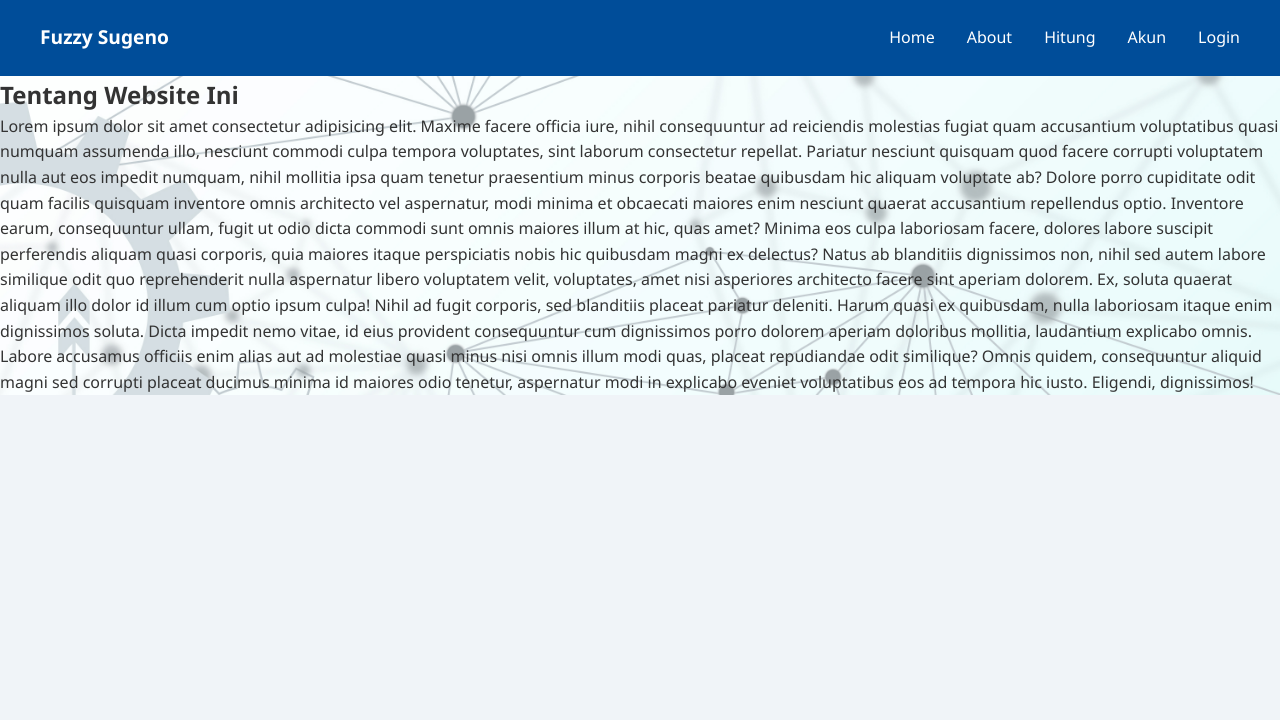
Repository: Senicccc/Defuzzy-Sugeno
Page: http://localhost/
These files come from the project's save history. The page is drawn as it stood at one moment and after the next save; the edit follows.
The browser window is 1280 px wide. The pictures show the whole page.
The page is run by PHP 8.4 with error messages shown; the project is at /var/www/html/.

Above is the page before, as saved 2025-06-09 11:15:37.

### index.php
<!DOCTYPE html>
<html lang="id">

<head>
    <meta charset="UTF-8" />
    <meta name="viewport" content="width=device-width, initial-scale=1.0" />
    <title>Fuzzy Sugeno - Home</title>
    <link rel="icon" href="img/favicon.png" type="image/png">
    <link rel="stylesheet" href="css/index.css">
</head>

<body>

    <?php
    require_once 'php/header-index.php';
    ?>

    <section class="about" style="background: url('img/menu-bg.jpg') center center/cover no-repeat;">
        <h1>Tentang Website Ini</h1>
        <p>Lorem ipsum dolor sit amet consectetur adipisicing elit. Maxime facere officia iure, nihil consequuntur ad
            reiciendis molestias fugiat quam accusantium voluptatibus quasi numquam assumenda illo, nesciunt commodi
            culpa tempora voluptates, sint laborum consectetur repellat. Pariatur nesciunt quisquam quod facere corrupti
            voluptatem nulla aut eos impedit numquam, nihil mollitia ipsa quam tenetur praesentium minus corporis beatae
            quibusdam hic aliquam voluptate ab? Dolore porro cupiditate odit quam facilis quisquam inventore omnis
            architecto vel aspernatur, modi minima et obcaecati maiores enim nesciunt quaerat accusantium repellendus
            optio. Inventore earum, consequuntur ullam, fugit ut odio dicta commodi sunt omnis maiores illum at hic,
            quas amet? Minima eos culpa laboriosam facere, dolores labore suscipit perferendis aliquam quasi corporis,
            quia maiores itaque perspiciatis nobis hic quibusdam magni ex delectus? Natus ab blanditiis dignissimos non,
            nihil sed autem labore similique odit quo reprehenderit nulla aspernatur libero voluptatem velit,
            voluptates, amet nisi asperiores architecto facere sint aperiam dolorem. Ex, soluta quaerat aliquam illo
            dolor id illum cum optio ipsum culpa! Nihil ad fugit corporis, sed blanditiis placeat pariatur deleniti.
            Harum quasi ex quibusdam, nulla laboriosam itaque enim dignissimos soluta. Dicta impedit nemo vitae, id eius
            provident consequuntur cum dignissimos porro dolorem aperiam doloribus mollitia, laudantium explicabo omnis.
            Labore accusamus officiis enim alias aut ad molestiae quasi minus nisi omnis illum modi quas, placeat
            repudiandae odit similique? Omnis quidem, consequuntur aliquid magni sed corrupti placeat ducimus minima id
            maiores odio tenetur, aspernatur modi in explicabo eveniet voluptatibus eos ad tempora hic iusto. Eligendi,
            dignissimos!</p>
    </section>

</body>

</html>

### php/header-index.php
<!DOCTYPE html>
<html lang="id">

<head>
    <meta charset="UTF-8" />
    <meta name="viewport" content="width=device-width, initial-scale=1.0" />
    <title>Fuzzy Sugeno - Produksi</title>
    <link rel="stylesheet" href="https://cdnjs.cloudflare.com/ajax/libs/font-awesome/6.0.0/css/all.min.css">

    <style>
    * {
        margin: 0;
        padding: 0;
        box-sizing: border-box;
        font-family: 'Segoe UI', Tahoma, Geneva, Verdana, sans-serif;
    }

    body {
        background: #f0f4f8;
        color: #333;
    }

    nav {
        background-color: #004d99;
        position: sticky;
        top: 0;
        z-index: 1000;
        padding: 1.4rem 2.4rem;
    }

    .nav-container {
        display: flex;
        justify-content: space-between;
        align-items: center;
        max-width: 1200px;
        margin: 0 auto;
        flex-wrap: wrap;
    }

    .logo {
        color: white;
        font-weight: 800;
        font-size: larger;
    }

    .nav-links {
        display: flex;
        gap: 2rem;
    }

    .nav-links a {
        text-decoration: none;
        color: white;
        font-weight: 500;
        font-size: 1rem;
        transition: color 0.3s;
    }

    .nav-links a:hover {
        color: #ffcc00;
    }

    .burger {
        display: none;
        font-size: 1.5rem;
        color: white;
        cursor: pointer;
        padding: 0.5rem;
    }

    @media (max-width: 768px) {
        .nav-links {
            display: none;
            flex-direction: column;
            background-color: #004d99;
            width: 100%;
            text-align: center;
            margin-top: 1rem;
            padding-bottom: 1rem;
            gap: 1rem;
            order: 1;
        }

        .nav-links.active {
            display: flex;
        }

        .burger {
            display: block;
            margin-left: auto;
            /* Memposisikan burger di kanan */
        }

        nav {
            padding: 0.75rem 1.5rem;
        }
    }
    </style>
</head>

<body>

    <nav>
        <div class="nav-container">
            <div class="logo">Fuzzy Sugeno</div>
            <div class="burger" id="burger"><i class="fas fa-bars"></i></div>
            <div class="nav-links" id="navLinks">
                <a href="index.php">Home</a>
                <a href="index.php#about-section">About</a>
                <a href="php/form.php">Hitung</a>
                <a href="php/account.php">Akun</a>
                <?php if (isset($_SESSION['user_id'])): ?>
                <a href="php/logout.php">Logout</a>
                <?php else: ?>
                <a href="php/login.php">Login</a>
                <?php endif; ?>
            </div>
        </div>
    </nav>

    <script>
    const burger = document.getElementById('burger');
    const navLinks = document.getElementById('navLinks');

    burger.addEventListener('click', () => {
        navLinks.classList.toggle('active');
    });
    </script>

</body>

</html>

### css/index.css
* {
    margin: 0;
    padding: 0;
    box-sizing: border-box;
    font-family: 'Segoe UI', Tahoma, Geneva, Verdana, sans-serif;
}

body {
    background: linear-gradient(135deg, #f0f4f8 0%, #dfe7ee 100%);
    color: #333;
    min-height: 100vh;
    line-height: 1.6;
}

/* Hero Section */
.hero {
    display: flex;
    flex-direction: column;
    justify-content: center;
    align-items: center;
    text-align: center;
    min-height: calc(100vh - 80px);
    padding: 2rem;
    background-image:
        radial-gradient(circle at 10% 20%, rgba(0, 77, 153, 0.05) 0%, transparent 20%),
        radial-gradient(circle at 90% 80%, rgba(0, 77, 153, 0.05) 0%, transparent 20%);
}

.hero h1 {
    font-size: 2.5rem;
    font-weight: 1000;
    color: #003e7b;
    margin-bottom: 2rem;
    max-width: 800px;
    line-height: 1.3;
    text-shadow: 1px 1px 2px rgba(0,0,0,0.);
}

.start-button {
    display: inline-block;
    background-color: #004d99;
    color: white;
    padding: 1rem 2.5rem;
    border-radius: 50px;
    text-decoration: none;
    font-weight: 600;
    font-size: 1.2rem;
    transition: all 0.3s ease;
    box-shadow: 0 4px 15px rgba(0, 77, 153, 0.2);
    border: 2px solid #004d99;
    margin-top: 1rem;
}

.start-button:hover {
    background-color: #ffcc00;
    color: #004d99;
    transform: translateY(-3px);
    box-shadow: 0 6px 20px rgba(0, 77, 153, 0.3);
}

.start-button:active {
    transform: translateY(1px);
}

/* Responsive Design */
@media (max-width: 768px) {
    .hero {
        padding: 1.5rem;
        min-height: calc(100vh - 60px);
    }

    .hero h1 {
        font-size: 1.8rem;
        margin-bottom: 1.5rem;
    }

    .start-button {
        padding: 0.8rem 2rem;
        font-size: 1rem;
    }
}

@media (max-width: 480px) {
    .hero h1 {
        font-size: 1.5rem;
    }

    .start-button {
        padding: 0.7rem 1.8rem;
    }
}

/* Animasi */
@keyframes fadeIn {
    from { opacity: 0; transform: translateY(20px); }
    to { opacity: 1; transform: translateY(0); }
}

.hero {
    animation: fadeIn 0.8s ease-out forwards;
}

.start-button {
    animation: fadeIn 1s ease-out 0.3s both;
}


/* Responsive */
@media (max-width: 768px) {
    .about-content {
        padding: 1.5rem 1rem;
    }
    .about-content h1 {
        font-size: 1.3rem;
    }
}

After the next save:
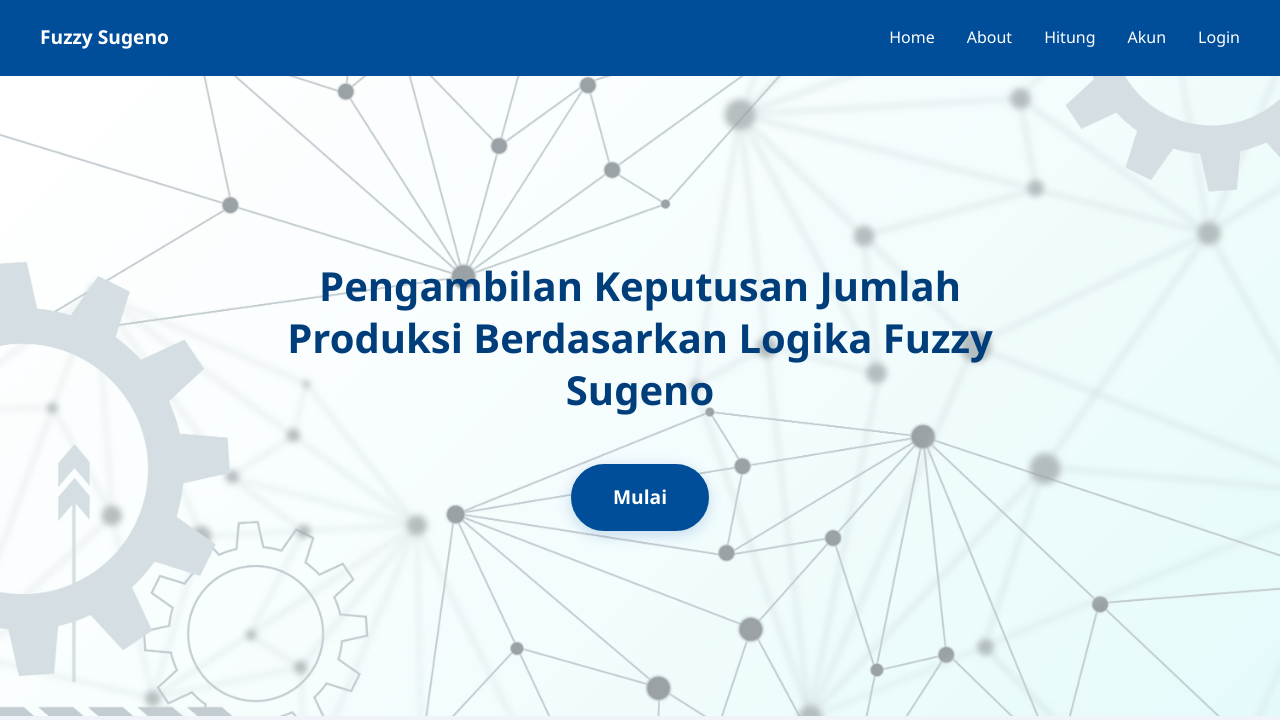
Saved 102 s later.
--- a/index.php
+++ b/index.php
@@ -4,7 +4,7 @@
 <head>
     <meta charset="UTF-8" />
     <meta name="viewport" content="width=device-width, initial-scale=1.0" />
-    <title>Fuzzy Sugeno - Home</title>
+    <title>Fuzzy Sugeno - Produksi</title>
     <link rel="icon" href="img/favicon.png" type="image/png">
     <link rel="stylesheet" href="css/index.css">
 </head>
@@ -15,26 +15,9 @@
     require_once 'php/header-index.php';
     ?>
 
-    <section class="about" style="background: url('img/menu-bg.jpg') center center/cover no-repeat;">
-        <h1>Tentang Website Ini</h1>
-        <p>Lorem ipsum dolor sit amet consectetur adipisicing elit. Maxime facere officia iure, nihil consequuntur ad
-            reiciendis molestias fugiat quam accusantium voluptatibus quasi numquam assumenda illo, nesciunt commodi
-            culpa tempora voluptates, sint laborum consectetur repellat. Pariatur nesciunt quisquam quod facere corrupti
-            voluptatem nulla aut eos impedit numquam, nihil mollitia ipsa quam tenetur praesentium minus corporis beatae
-            quibusdam hic aliquam voluptate ab? Dolore porro cupiditate odit quam facilis quisquam inventore omnis
-            architecto vel aspernatur, modi minima et obcaecati maiores enim nesciunt quaerat accusantium repellendus
-            optio. Inventore earum, consequuntur ullam, fugit ut odio dicta commodi sunt omnis maiores illum at hic,
-            quas amet? Minima eos culpa laboriosam facere, dolores labore suscipit perferendis aliquam quasi corporis,
-            quia maiores itaque perspiciatis nobis hic quibusdam magni ex delectus? Natus ab blanditiis dignissimos non,
-            nihil sed autem labore similique odit quo reprehenderit nulla aspernatur libero voluptatem velit,
-            voluptates, amet nisi asperiores architecto facere sint aperiam dolorem. Ex, soluta quaerat aliquam illo
-            dolor id illum cum optio ipsum culpa! Nihil ad fugit corporis, sed blanditiis placeat pariatur deleniti.
-            Harum quasi ex quibusdam, nulla laboriosam itaque enim dignissimos soluta. Dicta impedit nemo vitae, id eius
-            provident consequuntur cum dignissimos porro dolorem aperiam doloribus mollitia, laudantium explicabo omnis.
-            Labore accusamus officiis enim alias aut ad molestiae quasi minus nisi omnis illum modi quas, placeat
-            repudiandae odit similique? Omnis quidem, consequuntur aliquid magni sed corrupti placeat ducimus minima id
-            maiores odio tenetur, aspernatur modi in explicabo eveniet voluptatibus eos ad tempora hic iusto. Eligendi,
-            dignissimos!</p>
+    <section class="hero" style="background: url('img/menu-bg.jpg') center center/cover no-repeat;">
+        <h1>Pengambilan Keputusan Jumlah Produksi Berdasarkan Logika Fuzzy Sugeno</h1>
+        <a href="php/form.php" class="start-button">Mulai</a>
     </section>
 
 </body>
